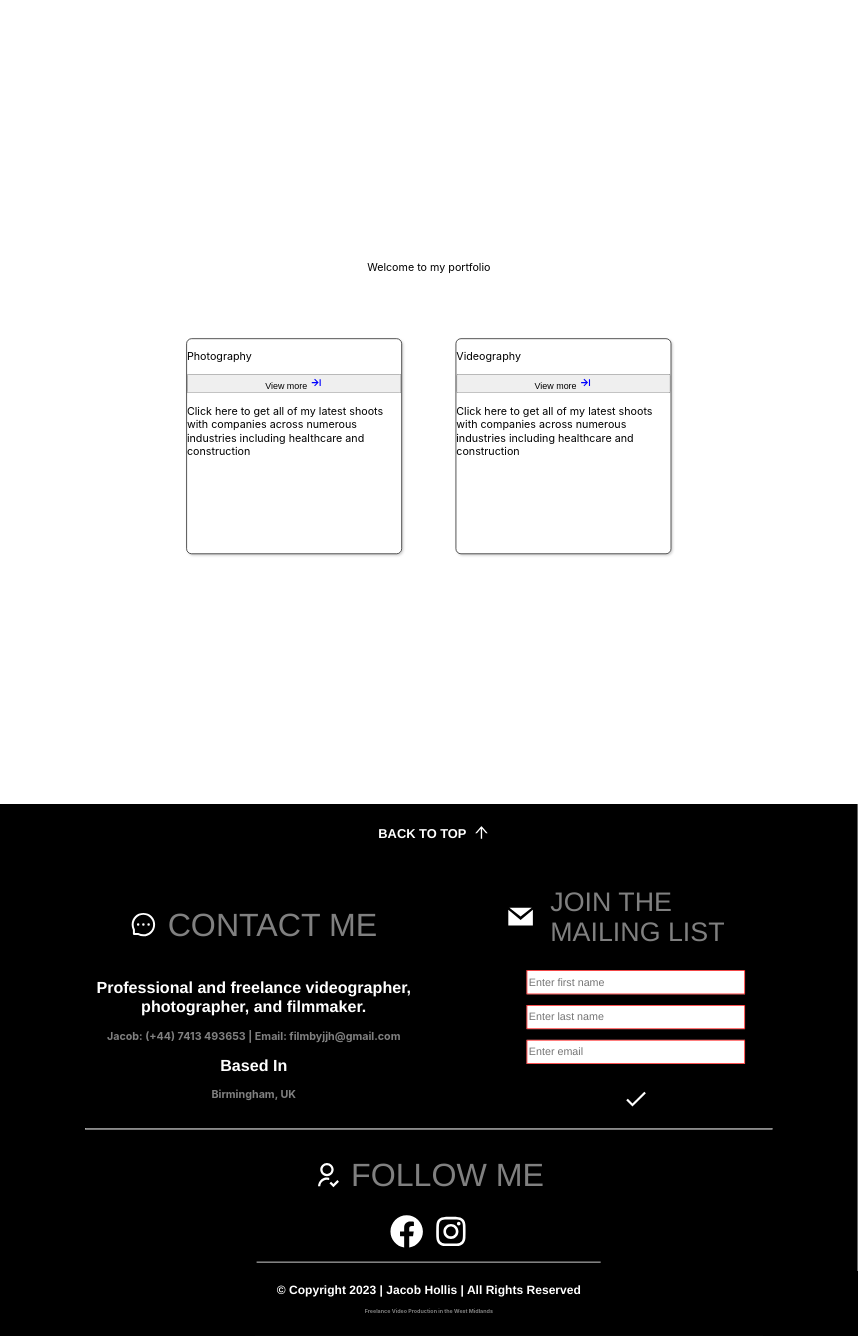
Repository: ThomasMTurner/filmbyjjh-portfolio
Page: /portfolio (app in client/)
These files come from the project's save history. The page is drawn as it stood at one moment and after the next save; the edit follows.
The browser window is 1280 px wide. The pictures show the whole page, at 67% of full size.
The project was rebuilt for these pictures with package versions that can differ from the ones it lists, and the page was loaded fresh each time. Also part of the build but not shown: client/vite.config.js, client/src/pages/Components/TagComponents.jsx, client/src/pages/Components/Post.jsx, client/src/pages/Components/SearchBar.jsx, client/src/pages/Updates.jsx, client/src/pages/Contact.jsx, client/src/pages/Components/InitialLogin.jsx, client/src/pages/Home.jsx and 2 more. Imported but missing from the stored project, and not drawn on this page: client/src/pages/Components/Videos/header.mp4, client/src/pages/Components/Videos/portfolio-reel.mp4.

Above is the page before, as saved 2023-10-20 12:47:24.

After the next save:
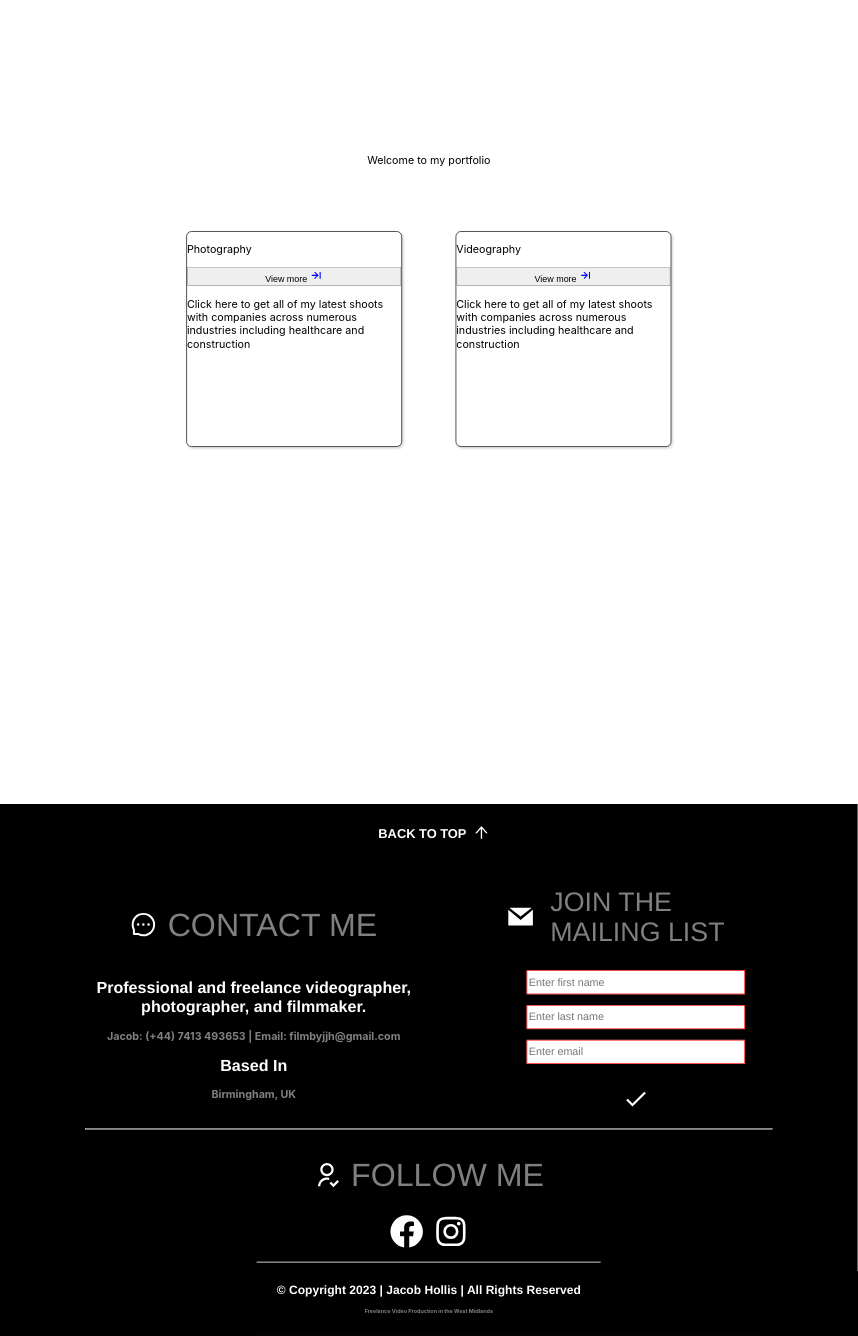
Saved 10 s later.
--- a/client/src/pages/Portfolio.jsx
+++ b/client/src/pages/Portfolio.jsx
@@ -13,7 +13,7 @@ const PortfolioCard = (props) => {
 }
 export default function Portfolio() {
     return(
-        <div style={{display:'flex', flexDirection:'column', justifyContent:'center', alignItems:'center', width:'100%', gap:'5rem', minHeight:'75rem', bottom:'10rem'}}>
+        <div style={{display:'flex', flexDirection:'column', justifyContent:'center', alignItems:'center', width:'100%', gap:'5rem', minHeight:'75rem', position:'relative', bottom:'10rem'}}>
             <p>Welcome to my portfolio</p>
             <div style={{display:'flex', flexDirection:'row', justifyContent:'center', alignItems:'center', width:'100%', gap:'5rem'}}>
                 <PortfolioCard title="Photography" desc="Click here to get all of my latest shoots with companies across numerous industries including healthcare and construction" />
